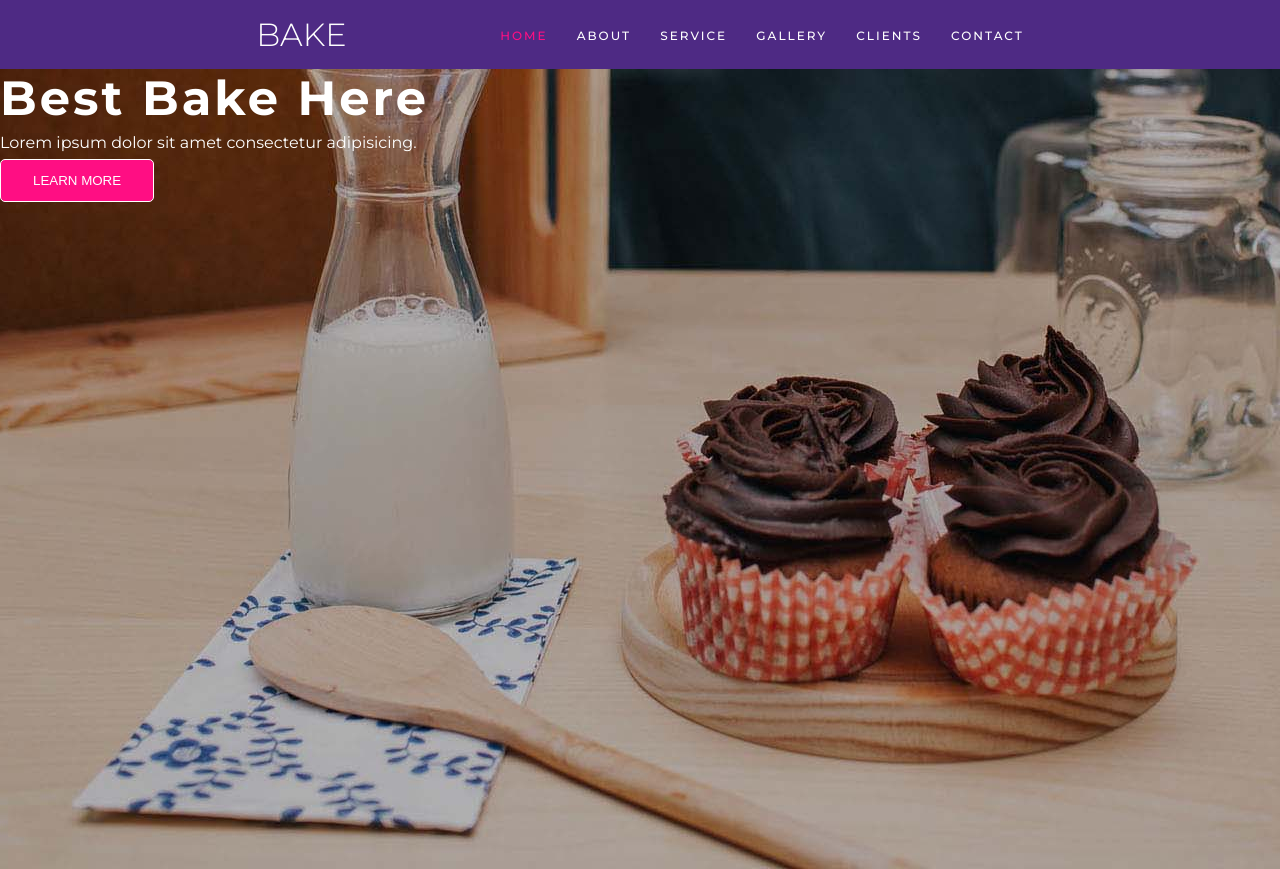
Repository: giahuy405/Bake
Page: index.html
These files come from the project's save history. The page is drawn as it stood at one moment and after the next save; the edit follows.
The browser window is 1280 px wide. The pictures show the whole page.

Above is the page before, as saved 2022-09-13 14:44:07.

After the next save:
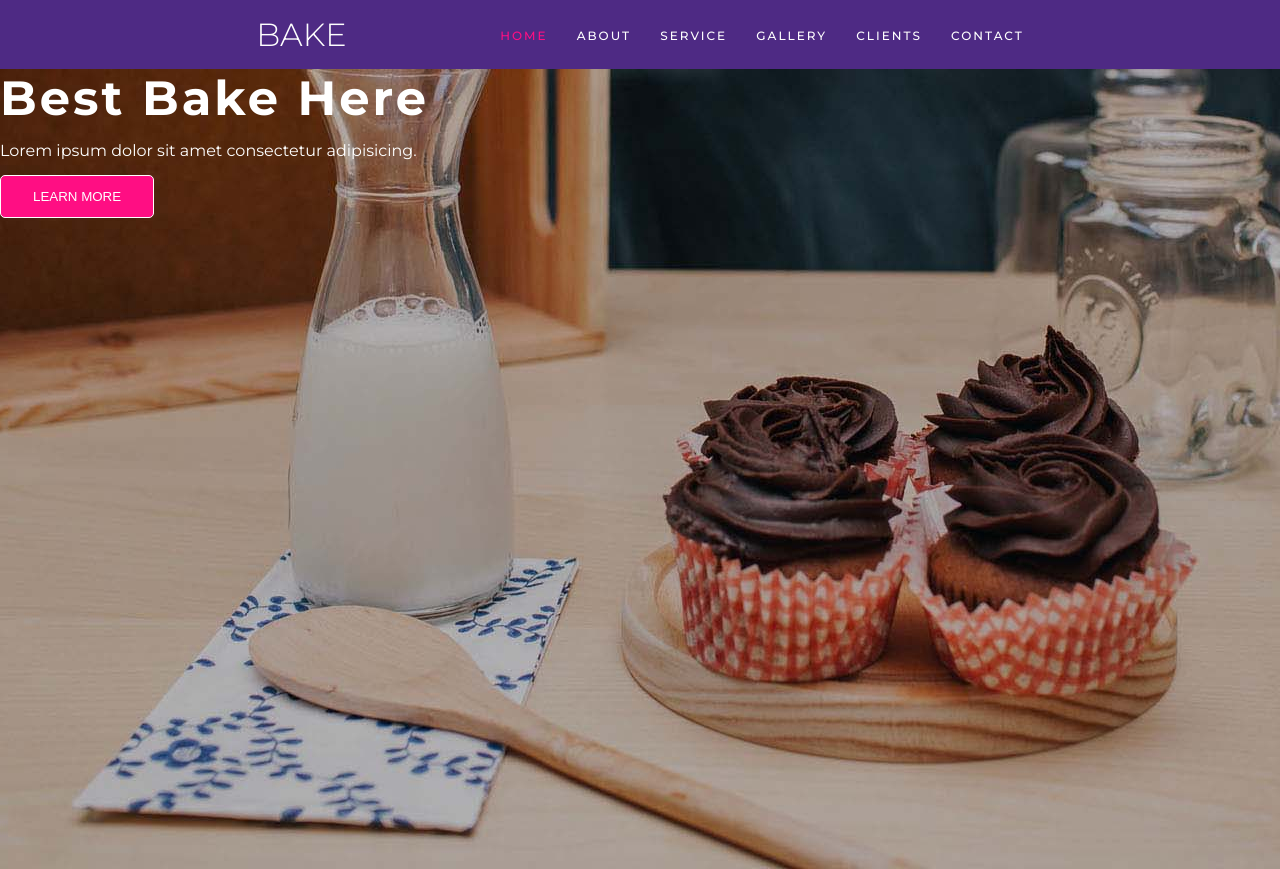
Saved 5 s later.
--- a/css/index.css
+++ b/css/index.css
@@ -55,7 +55,7 @@
     letter-spacing: 3px;
 }
 .carousel__content p{
-    line-height: 2;
+    line-height: 3;
 }
 button{
     padding: 13px 32px;
